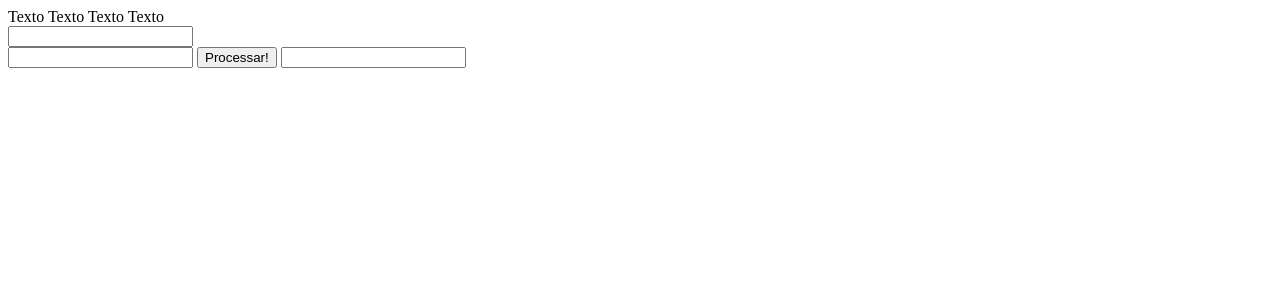
Repository: Zenxdu/eduardo
Page: html/anatomiaTag.html
These files come from the project's save history. The page is drawn as it stood at one moment and after the next save; the edit follows.
The browser window is 1280 px wide. The pictures show the whole page.

Above is the page before, as saved 2023-01-05 15:38:32.

### html/anatomiaTag.html
<TAG>
   <!-- Corpo da Tag -->
   <bla>
       <opa>Texto</opa>
       <opa>Texto</opa>
       <opa>Texto</opa>
       <opa>Texto</opa>
   </bla>
</tag>

<!-- HTML --> <meta><br><input>
<tag /><meta /><br /><input />

<tag param1="valor1" param2='valor2'>
    <!-- Corpo da Tag -->
</tag>

<tag param1="valor1" param2='valor2' />

<input type="button" value="Processar!">

<input type="text" v-if v-for v-else>

<Calendario></Calendario>

After the next save:
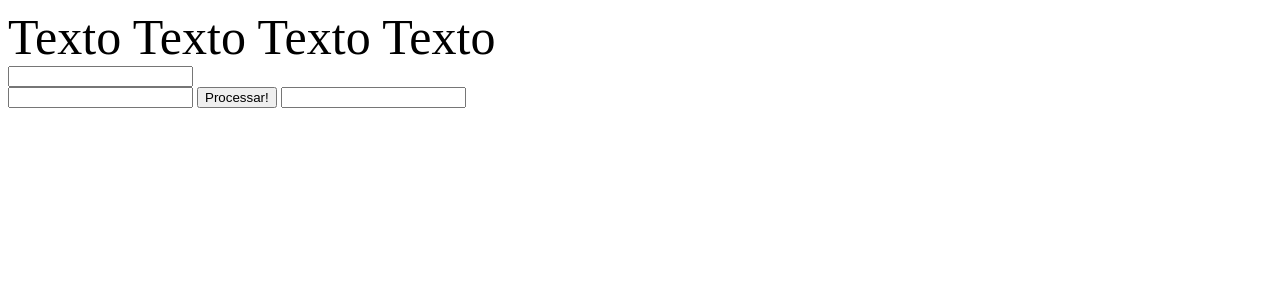
Saved 4 days later.
--- a/html/anatomiaTag.html
+++ b/html/anatomiaTag.html
@@ -1,4 +1,5 @@
-<TAG>
+<html>
+  <TAG>
    <!-- Corpo da Tag -->
    <bla>
        <opa>Texto</opa>
@@ -6,19 +7,26 @@
        <opa>Texto</opa>
        <opa>Texto</opa>
    </bla>
-</tag>
+    <style>
+        bla {
+            font-size : 50px;
+        }
+    </style>
+  </tag>
 
-<!-- HTML --> <meta><br><input>
-<tag /><meta /><br /><input />
+  <!-- HTML --> <meta><br><input>
+   <tag /><meta /><br /><input />
 
-<tag param1="valor1" param2='valor2'>
+  <tag param1="valor1" param2='valor2'>
     <!-- Corpo da Tag -->
-</tag>
+   </tag>
 
-<tag param1="valor1" param2='valor2' />
+   <tag param1="valor1" param2='valor2' />
 
-<input type="button" value="Processar!">
+   <input type="button" value="Processar!">
 
-<input type="text" v-if v-for v-else>
+   <input type="text" v-if v-for v-else>
 
-<Calendario></Calendario>
+    <Calendario></Calendario>
+
+</html>
